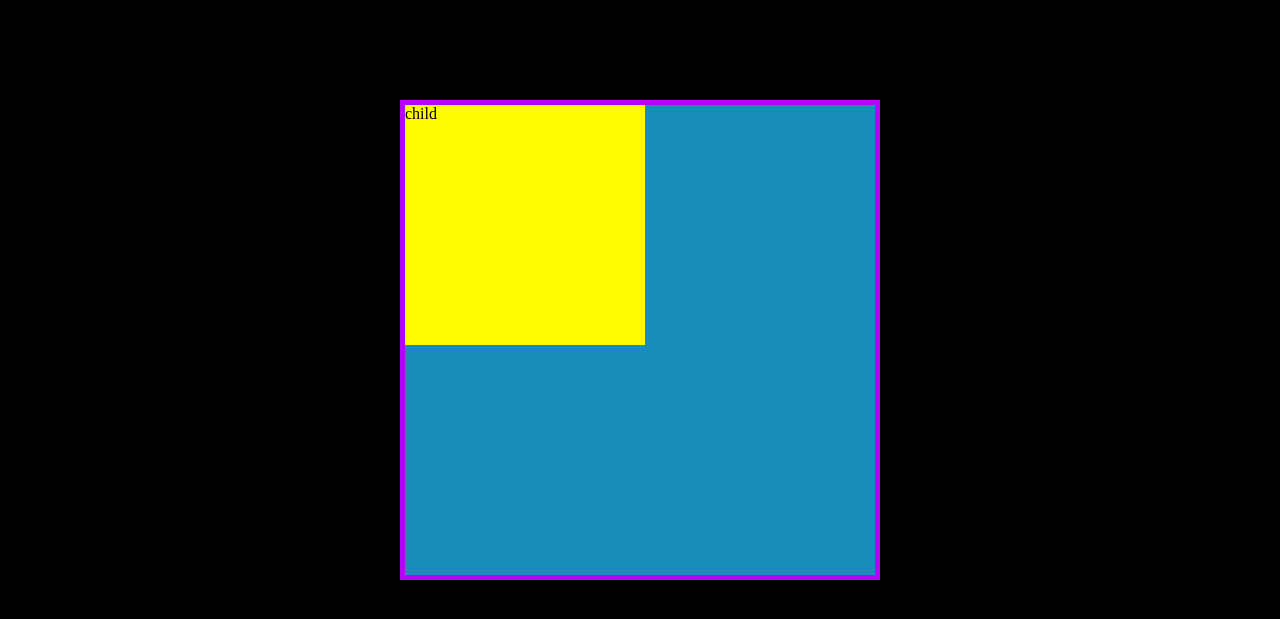
Repository: badhon252/revision
Page: Day-5/index.html
The author's editor kept a copy of each file at every save. The page is drawn from the files as they stood at one save, then again after the next save.
The browser window is 1280 px wide. The pictures show the whole page.

Above is the page before, as saved 2022-02-11 22:48:55.

After the next save:
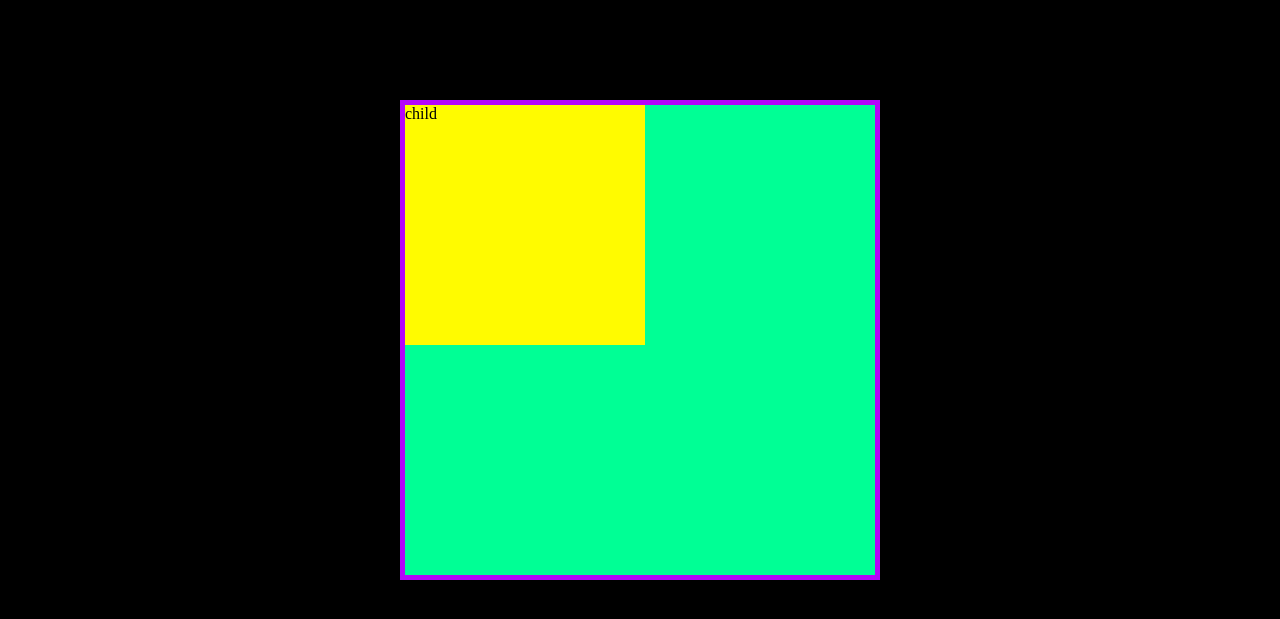
Saved 30 s later.
--- a/Day-5/index.css
+++ b/Day-5/index.css
@@ -20,6 +20,7 @@
   transition: all 1s;
 }
 
-.child:hover {
+.child:hover,
+.parent {
   background-color: rgb(0, 255, 149);
 }

After the save that followed:
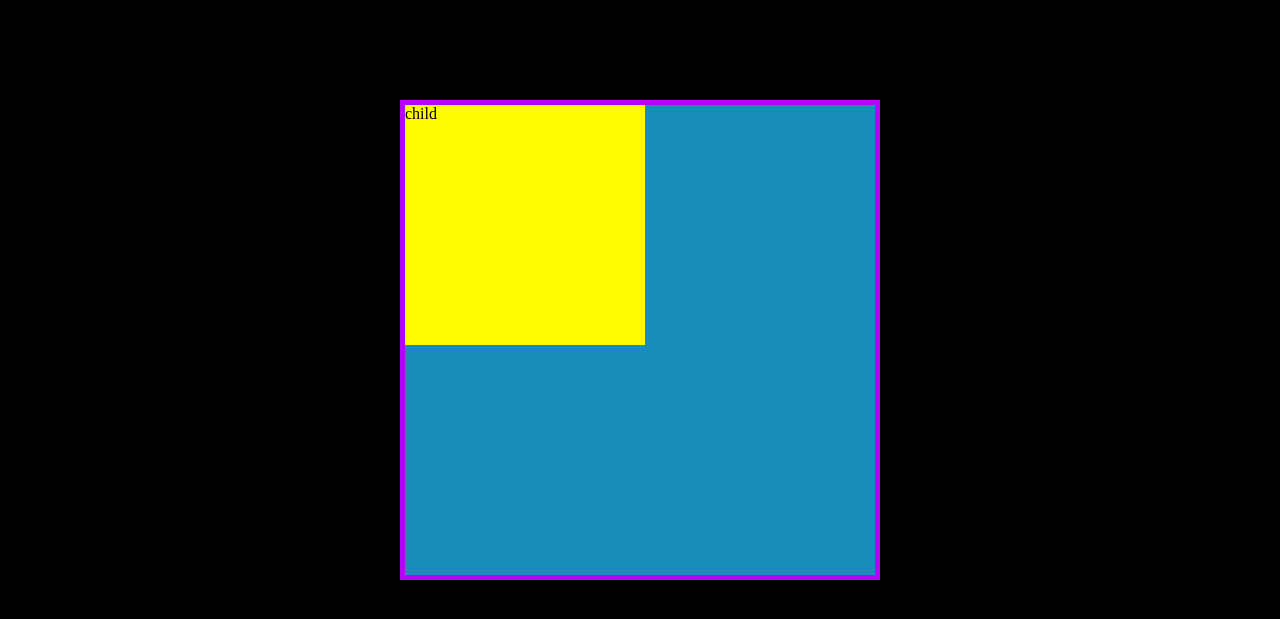
Saved 12 s later.
--- a/Day-5/index.css
+++ b/Day-5/index.css
@@ -20,7 +20,6 @@
   transition: all 1s;
 }
 
-.child:hover,
-.parent {
+.child:hover {
   background-color: rgb(0, 255, 149);
 }
